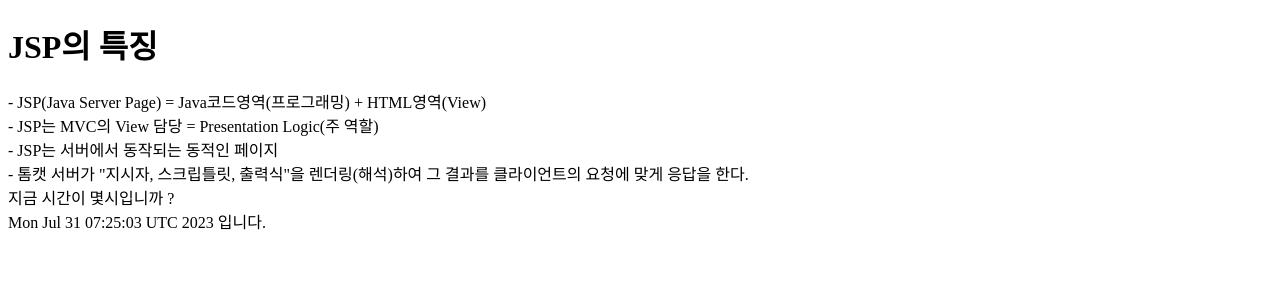
Repository: ainokks071/ServletJSP
Page: http://localhost/WEB/time.jsp
These files come from the project's save history. The page is drawn as it stood at one moment and after a run of saves; the edit follows.
The browser window is 1280 px wide. The pictures show the whole page.
The page is served by Tomcat 9.

Above is the page before, as saved 2023-08-01 08:15:44.

After the next 2 saves:
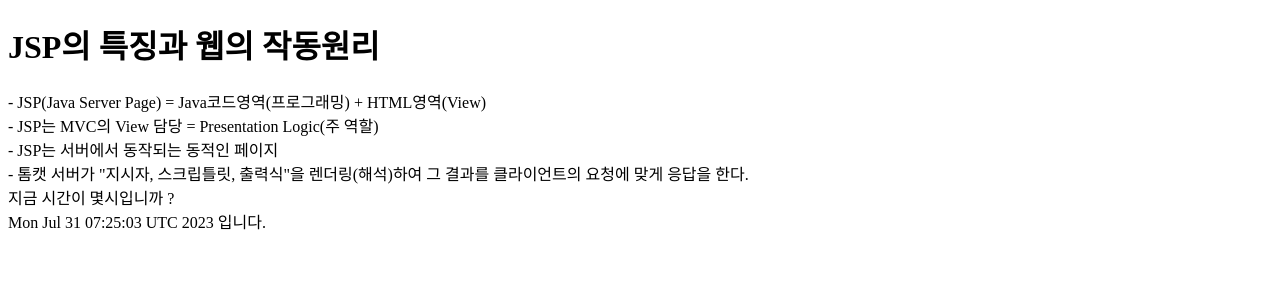
The 2 saves are shown as one change because they came seconds apart.
The last was saved 18 s later.
--- a/WEB/webapp/time.jsp
+++ b/WEB/webapp/time.jsp
@@ -16,7 +16,7 @@
 </head>
 
 <body>
-<h1>JSP의 특징</h1>
+<h1>JSP의 특징과 웹의 작동원리</h1>
 - JSP(Java Server Page) = Java코드영역(프로그래밍) + HTML영역(View) <br>
 - JSP는 MVC의 View 담당 = Presentation Logic(주 역할)<br>
 - JSP는 서버에서 동작되는 동적인 페이지<br>
